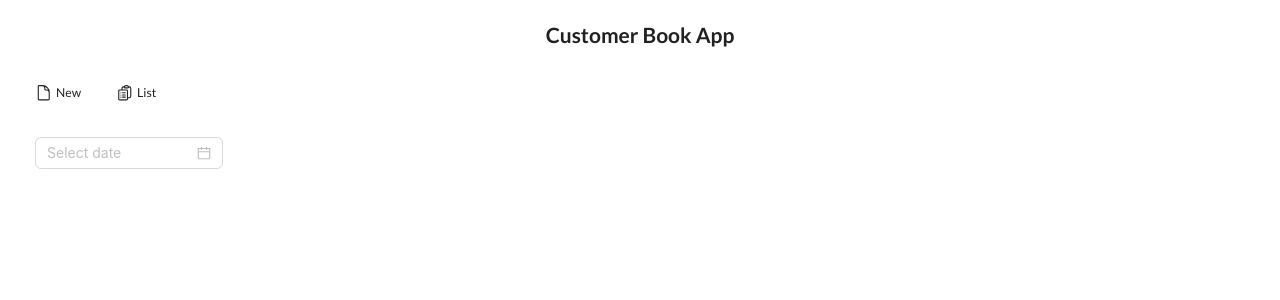
Repository: higirobruce/customerbookapp
Page: /, after clicking the first element matching `div.space-x-1`
The author's editor kept a copy of each file at every save. The page is drawn from the files as they stood at one save, then again after the next save.
The browser window is 1280 px wide. The pictures show the whole page.
The project was rebuilt for these pictures with package versions that can differ from the ones it lists, and the page was loaded fresh each time. The framework's server and built-in components were replaced by stand-ins that run in the browser. Also part of the build but not shown: next.config.js, components/layout/sidebar.js.

Above is the page before, as saved 2022-11-24 23:12:19.

### pages/index.js
import Head from "next/head";
import Image from "next/image";
import Sidebar from "../components/layout/sidebar";
import MainScreen from "../components/layout/mainScreen";
import 'semantic-ui-css/semantic.min.css'

const Home = () => {
  return (
    <div className="flex min-h-screen flex-row">
      {/* <Sidebar /> */}
      <MainScreen />
    </div>
  );
};

export default Home;

### components/layout/mainScreen.js
import React, { useState } from "react";
import {
  DocumentIcon,
  ClipboardDocumentListIcon,
} from "@heroicons/react/24/outline";
import RecordsTable from "../common/records";
import Form from "../common/form";

const records = [
  {
    date: "01-Jan-2022",
    designation: "Bobine",
    qty: 1,
    amount: 120000,
    payment: 120000,
    client: "MUREKEZI GUY NJ",
  },{
    date: "02-Jan-2022",
    designation: "Balance",
    qty: 1,
    amount: 70000,
    payment: 70000,
    client: "MUHIZI CLIENT",
  },
];

export default function MainScreen() {
  let [viewPort, setViewPort] = useState("list");

  return (
    <div className="flex flex-col w-full pt-6 space-y-10">
      {/* header */}
      <div className="flex justify-center text-2xl font-semibold">
        Customer Book App
      </div>
      {/* Menu bar */}
      <div className="flex flex-row px-10 space-x-10">
        <div
          className="flex flex-row space-x-1 items-center cursor-pointer"
          onClick={() => setViewPort("new")}
        >
          <DocumentIcon className="h-5 w-5" />
          <div className="text-sm ">New</div>
        </div>

        <div
          className="flex flex-row space-x-1 items-center cursor-pointer"
          onClick={() => setViewPort("list")}
        >
          <ClipboardDocumentListIcon className="h-5 w-5" />
          <div className="text-sm ">List</div>
        </div>
      </div>


      {/* Body */}
      <div className="flex px-10 w-full ">
        {viewPort === "list" && <RecordsTable data={records} />}
        {viewPort === "new" && <Form/>}
      </div>
    </div>
  );
}

### components/common/records.js
import React from "react";
import { Table } from "semantic-ui-react";
import { PencilIcon, TrashIcon } from '@heroicons/react/24/outline'

export default function RecordsTable({ data }) {
    console.log(data)
  return (
    <div className="flex flex-col items-center justify-center w-full">
      <Table compact striped>
        <Table.Header>
          <Table.Row>
            <Table.HeaderCell>Date</Table.HeaderCell>
            <Table.HeaderCell>Designation</Table.HeaderCell>
            <Table.HeaderCell>Quantity</Table.HeaderCell>
            <Table.HeaderCell>Amount</Table.HeaderCell>
            <Table.HeaderCell>Payment</Table.HeaderCell>
            <Table.HeaderCell>Client number</Table.HeaderCell>
            <Table.HeaderCell>Actions</Table.HeaderCell>
          </Table.Row>
        </Table.Header>

        <Table.Body>
          {data.map(($) => {
            return <Table.Row className="text-sm font-thin text-gray-700">
            <Table.Cell>{$.date}</Table.Cell>
            <Table.Cell>{$.designation}</Table.Cell>
            <Table.Cell>{$.qty}</Table.Cell>
            <Table.Cell>{$.amount}</Table.Cell>
            <Table.Cell>{$.payment}</Table.Cell>
            <Table.Cell>{$.client}</Table.Cell>
            <Table.Cell>
                <div className="flex flex-row space-x-5">
                   <PencilIcon className="h-3 w-3 text-yellow-700 cursor-pointer"/>
                   <TrashIcon className="h-3 w-3 text-red-700 cursor-pointer"/>
                </div>
            </Table.Cell>
          </Table.Row>;
          })}
        </Table.Body>
      </Table>
    </div>
  );
}

### components/common/form.js
import React from 'react'
import {DatePicker} from 'antd'

export default function Form() {
  return (
    <div>
      <DatePicker/>
    </div>
  )
}

Loaded but not shown: pages/_app.tsx (common file); styles/globals.css (common file); tailwind.config.js (common file)

After the next save:
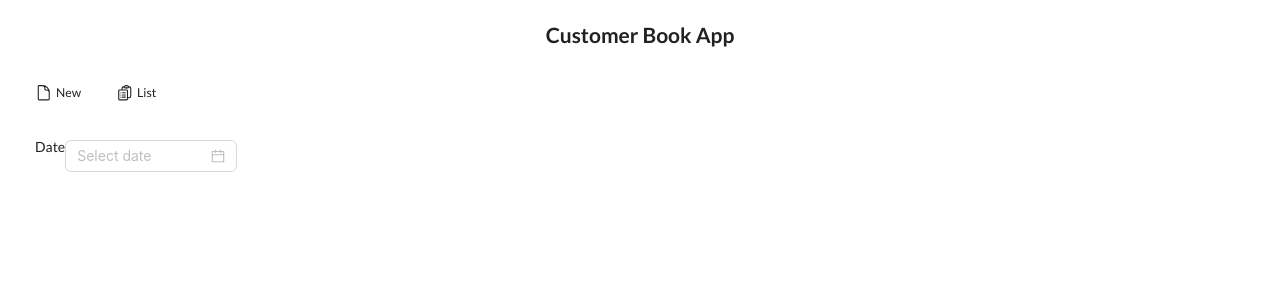
Saved 2 min 17 s later.
--- a/components/common/form.js
+++ b/components/common/form.js
@@ -3,8 +3,11 @@ import {DatePicker} from 'antd'
 
 export default function Form() {
   return (
-    <div>
-      <DatePicker/>
+    <div className='grid grid-cols-6'>
+      <div className='flex felx-col space-y-1 items-start'>
+        <div>Date</div>
+        <DatePicker/>
+      </div>
     </div>
   )
 }
